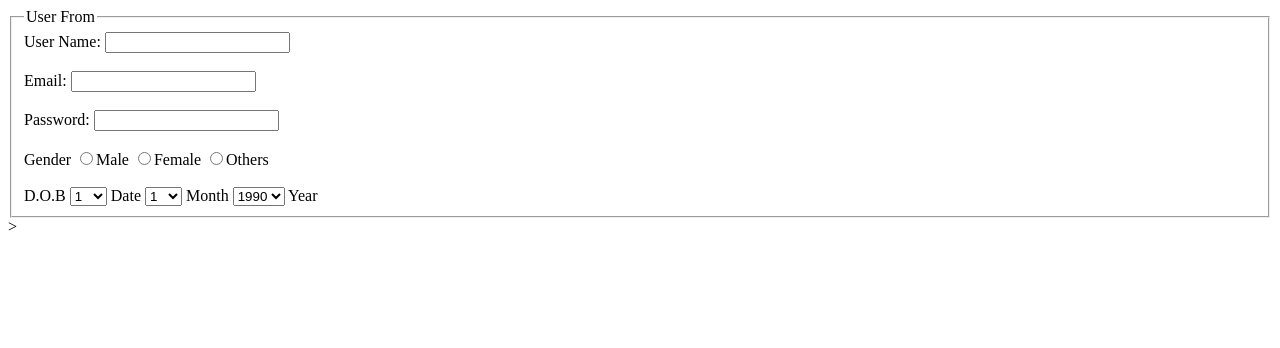
Repository: karan14ary/SpringProjects-WorkSpace
Page: http://localhost/index
These files come from the project's save history. The page is drawn as it stood at one moment and after the next save; the edit follows.
The browser window is 1280 px wide. The pictures show the whole page.
The page is this project's Thymeleaf template; nobody is signed in. The template is opened directly, without the code that normally fills it, so the values that code supplies are empty.

Above is the page before, as saved 2023-12-28 12:16:16.

### SpringBootWebProject3/src/main/resources/templates/index.html
<!DOCTYPE html>
<html>
<head>
<meta charset="ISO-8859-1">
<title>Insert title here</title>
</head>
<body>
<formm action="/form" method="post">
<fieldset>
<legend>User From</legend>
<label>User Name: </label>
<input type="text" name="username">
<br>
<br>
<label>Email: </label>
<input type="Email" name="mail">
<br>
<br>
<label>Password: </label>
<input type="password" name="password">
<br>
<br>
<label>Gender </label>
<input type="radio" name="gender" value="male"><label>Male </label>
<input type="radio" name="gender" value="female"><label>Female </label>
<input type="radio" name="gender" value="others"><label>Others </label>
<br>
<br>
<label>D.O.B </label>
<select>
<option>1</option>
<option>2</option>
<option>3</option>
<option>4</option>
<option>5</option>
<option>6</option>
<option>7</option>
<option>8</option>
<option>9</option>
<option>10</option>
<option>11</option>
<option>12</option>
<option>13</option>
<option>14</option>
<option>15</option>
<option>16</option>
<option>17</option>
<option>18</option>
<option>19</option>
<option>20</option>
<option>21</option>
<option>22</option>
<option>23</option>
<option>24</option>
<option>25</option>
<option>26</option>
<option>27</option>
<option>28</option>
<option>29</option>
<option>30</option>
</select>
<label>Date </label>
<select>
<option>1</option>
<option>2</option>
<option>3</option>
<option>4</option>
<option>5</option>
<option>6</option>
<option>7</option>
<option>8</option>
<option>9</option>
<option>10</option>
<option>11</option>
<option>12</option>
</select>
<label>Month </label>
<select>
<option>1990</option>
<option>1991</option>
<option>1992</option>
<option>1993</option>
<option>1994</option>
<option>1995</option>
<option>1996</option>
<option>1997</option>
<option>1998</option>
<option>1999</option>
<option>2001</option>
<option>2002</option>
<option>2003</option>
<option>2004</option>
<option>2005</option>
<option>2006</option>
<option>2007</option>
<option>2008</option>
<option>2009</option>
<option>2010</option>
<option>2011</option>
<option>2012</option>
<option>2013</option>
<option>2014</option>
<option>2015</option>
<option>2016</option>
<option>2017</option>
<option>2018</option>
<option>2019</option>
<option>2020</option>
<option>2021</option>
<option>2022</option>
<option>2023</option>

</select>
<label>Year</label>
</fieldset>
</form>>
</body>
</html>

After the next save:
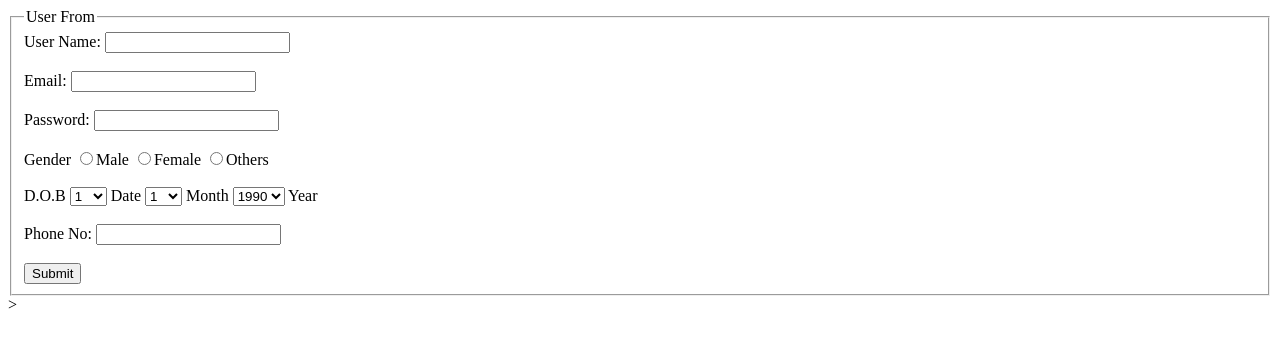
Saved 107 s later.
--- a/SpringBootWebProject3/src/main/resources/templates/index.html
+++ b/SpringBootWebProject3/src/main/resources/templates/index.html
@@ -112,6 +112,13 @@
 
 </select>
 <label>Year</label>
+<br>
+<br>
+<label>Phone No:</label>
+<input type="number" name=phone>
+<br>
+<br>
+<input type="submit" value="Submit">
 </fieldset>
 </form>>
 </body>
